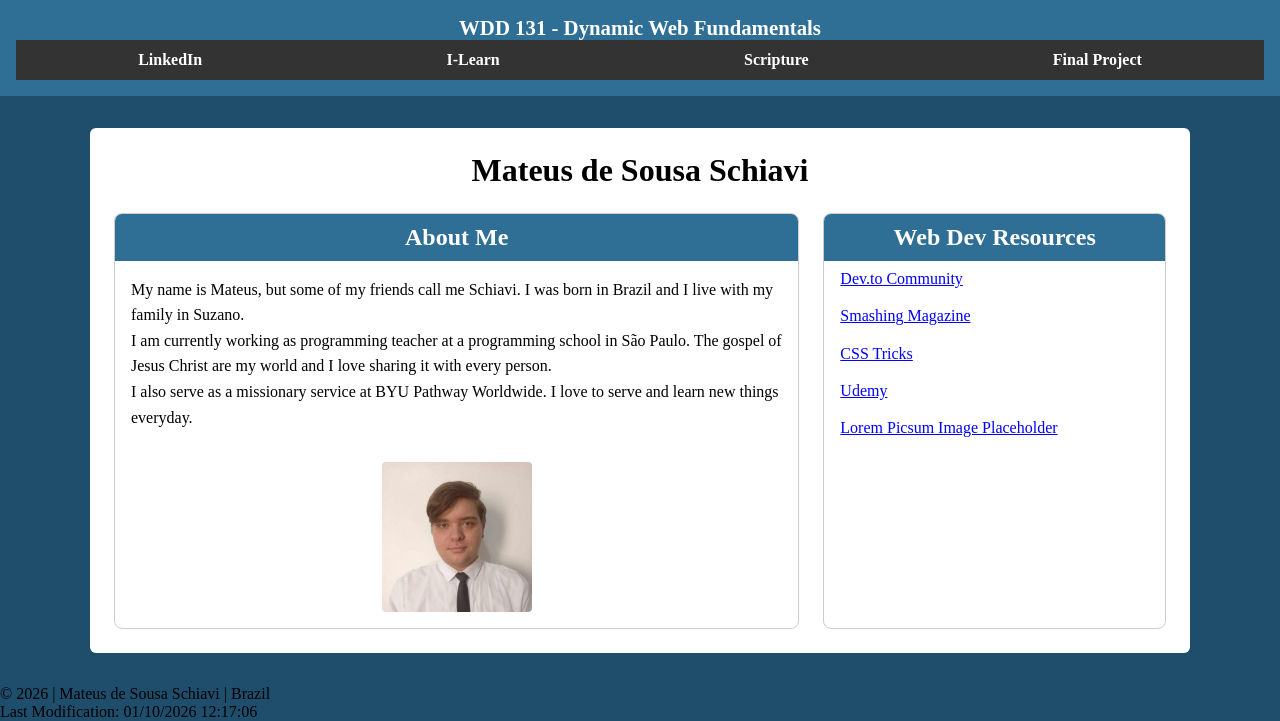
Repository: mateus-schiavi/wdd131
Page: index.html
An editor plug-in stored every save of this project. The page is shown before and after the next save, followed by the edit.
The browser window is 1280 px wide. The pictures show the whole page.
Some web fonts or font styles are not loaded; a fallback is used.

Above is the page before, as saved 2026-01-10 15:07:57.

### index.html
<!DOCTYPE html>
<html lang="en">

<head>
    <script src="./scripts/getdates.js" defer></script>
    <meta charset="UTF-8">
    <meta name="viewport" content="width=device-width, initial-scale=1.0">
    <meta name="author" content="Mateus de Sousa Schiavi">
    <meta name="description"
        content="Personal homepage for WDD 131 – Dynamic Web Fundamentals, featuring information about Mateus de Sousa Schiavi and useful web development resources.">
    <title>WDD 131 - Dynamic Web Fundamentals - Mateus de Sousa Schiavi</title>
    <link rel="stylesheet" href="./styles/base.css">
    <link rel="preconnect" href="https://fonts.googleapis.com">
    <link rel="preconnect" href="https://fonts.gstatic.com" crossorigin>
    <link href="https://fonts.googleapis.com/css2?family=Ancizar+Serif:ital,wght@0,300..900;1,300..900&display=swap"
        rel="stylesheet">
</head>

<body>
    <header>
        <span id="course-title">WDD 131 - Dynamic Web Fundamentals</span>
        <nav>
            <a href="https://www.linkedin.com/in/mateus-de-sousa-schiavi/" target="_blank">LinkedIn</a>
            <a href="https://byupw.instructure.com/" target="_blank">I-Learn</a>
            <a href="https://www.churchofjesuschrist.org/study/scriptures/nt/matt/24?lang=eng&id=p14#p14"
                target="_blank">Scripture</a>
            <a href="#">Final Project</a>
        </nav>
    </header>
    <main>
        <h1>Mateus de Sousa Schiavi</h1>
        <section class="card">
            <h2>About Me</h2>
            <p>
                My name is Mateus, but some of my friends call me Schiavi. I was born in Brazil and I live with my
                family in Suzano. <br>
                I am currently working as programming teacher at a programming school in São Paulo. The gospel of Jesus
                Christ are my world and I love sharing it with every person. <br>
                I also serve as a missionary service at BYU Pathway Worldwide. I love to serve and learn new things
                everyday.
            </p>
            <img src="./images/profile.jpg" alt="profile picture">
        </section>
        <section class="card">
            <h2>Web Dev Resources</h2>
            <a href="https://dev.to/" target="_blank">Dev.to Community</a>
            <a href="https://www.smashingmagazine.com/" target="_blank">Smashing Magazine</a>
            <a href="https://css-tricks.com/" target="_blank">CSS Tricks</a>
            <a href="https://www.udemy.com/mobile/ipad/?persist_locale=&locale=en_US" target="_blank">Udemy</a>
            <a href="#">Lorem Picsum Image Placeholder</a>
        </section>
    </main>
    <footer>
        <p>
            <span id="currentYear"></span>
        </p>
        <p id="lastModified">Last Modification</p>
    </footer>
</body>

</html>

### scripts/getdates.js
const currentYear = new Date().getFullYear();

document.getElementById("currentYear").textContent = `© ${currentYear} | Mateus de Sousa Schiavi | Brazil`;

const lastModifiedDate = document.lastModified;

document.getElementById("lastModified").textContent = `Last Modification: ${lastModifiedDate}`;

### styles/base.css
* {
    margin: 0;
    padding: 0;
    box-sizing: border-box;
}

:root {
    --blue-dark: #1f4e6d;
    --blue-medium: #2f6f95;
    --gray-dark: #333;
    --gray-light: #f4f4f4;
    --border-color: #ccc;
    --white: #ffffff;
}

body {
    font-family: "Ancizar Serif", serif;
    background-color: var(--blue-dark);
    color: #000;
}

header {
    background-color: var(--blue-medium);
    color: var(--white);
    text-align: center;
    padding: 1rem;
}

#course-title {
    display: block;
    font-size: 1.3rem;
    font-weight: bold;
}

nav {
    background-color: var(--gray-dark);
    display: flex;
    justify-content: space-around;
    padding: 0.7rem 0;
}

nav a {
    color: var(--white);
    text-decoration: none;
    font-weight: bold;
}

nav a:hover {
    text-decoration: underline;
}

main {
    background-color: var(--white);
    max-width: 1100px;
    margin: 2rem auto;
    padding: 1.5rem;
    border-radius: 6px;
}

main h1 {
    text-align: center;
    margin-bottom: rem;
}

.card {
    border: 1px solid var(--border-color);
    border-radius: 8px;
    overflow: hidden;
    background-color: var(--white);
}

.card h2 {
    background-color: var(--blue-medium);
    color: var(--white);
    text-align: center;
    padding: 0.6rem;
}

main {
    display: grid;
    grid-template-columns: 2fr 1fr;
    gap: 1.5rem;
}

main h1 {
    grid-column: 1 / -1;
}

.card p {
    padding: 1rem;
    line-height: 1.6;
}

.card img {
    display: block;
    max-width: 150px;
    margin: 1rem auto;
    border-radius: 4px;
}

.card a {
    display: block;
    padding: 0.6rem 1rem;
    color: blue;
}

After the next save:
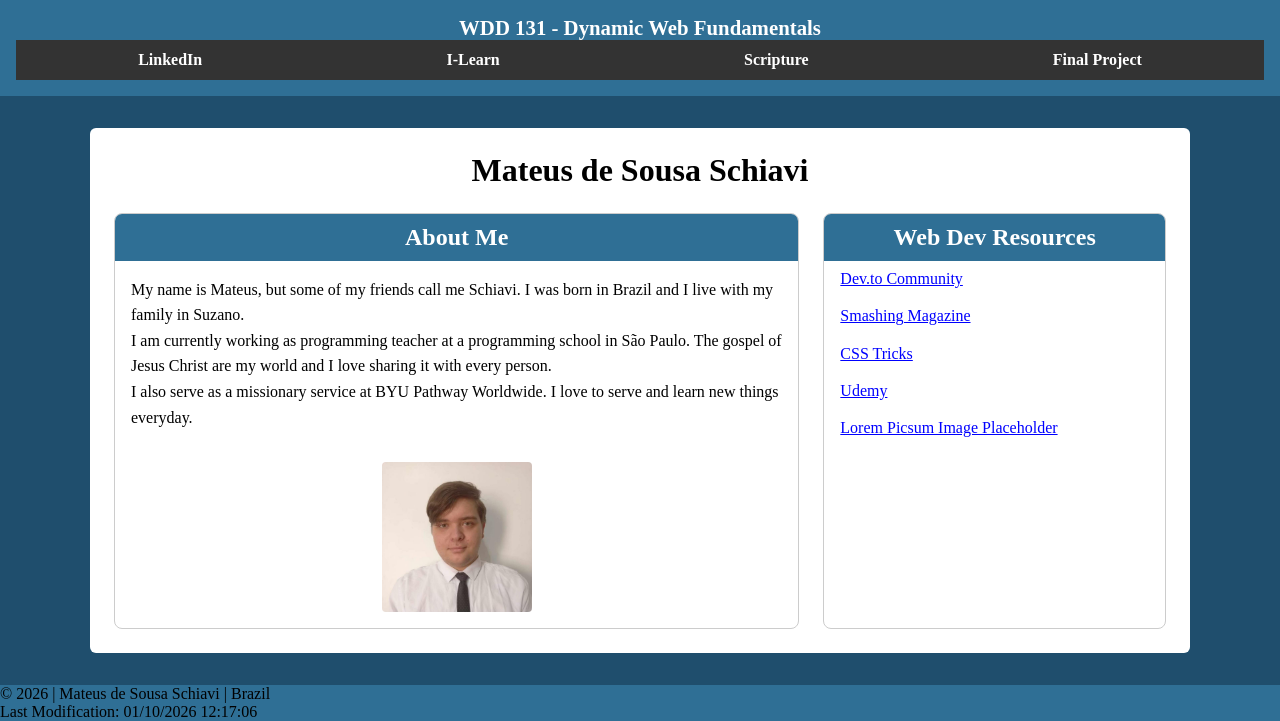
Saved 83 s later.
--- a/styles/base.css
+++ b/styles/base.css
@@ -103,3 +103,12 @@ main h1 {
     padding: 0.6rem 1rem;
     color: blue;
 }
+
+.card a:hover {
+    text-decoration: underline;
+}
+
+footer {
+    background-color: var(--blue-medium);
+
+}
